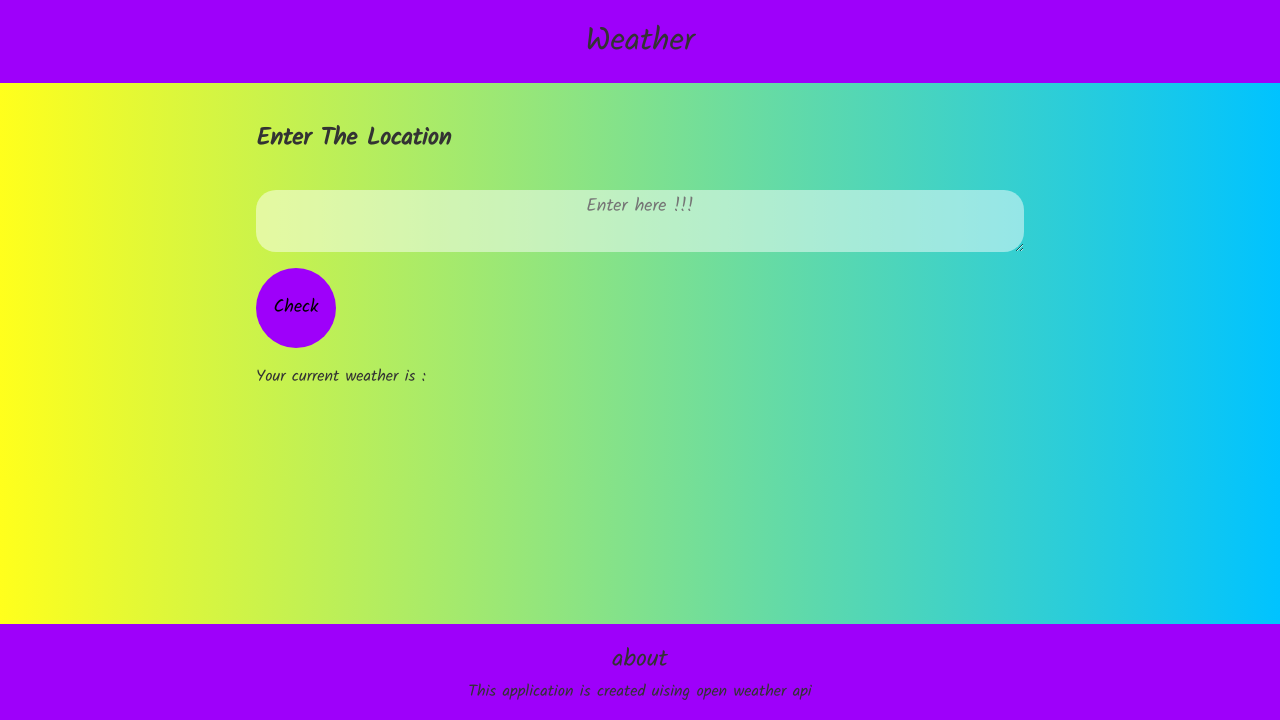
Repository: Irfan-vit/openapi
Page: index.html
An editor plug-in stored every save of this project. The page is shown before and after the next save, followed by the edit.
The browser window is 1280 px wide. The pictures show the whole page.

Above is the page before, as saved 2021-05-27 23:45:32.

### index.html
<!DOCTYPE html>
<html lang="en">

<head>
    <meta charset="UTF-8">
    <meta http-equiv="X-UA-Compatible" content="IE=edge">
    <meta name="viewport" content="width=device-width, initial-scale=1.0">
    <title>Api</title>
    <link rel="stylesheet" href="style.css">
</head>

<body>

    <nav>
        <div style="font-size: 2rem; padding: 1rem;">
            Weather
        </div>

    </nav>

    <main>

        <h2>Enter The Location</h2>

        <textarea name="" id="txt-input" class="t-area" placeholder="Enter here !!!"></textarea>

        <button id="btn-translate">
            Check
        </button>

        <div>Your current weather is :</div>

        <div id="output" class="t-area">

        </div>

    </main>

    <footer>
        <div style="font-size: x-large;">about</div>
        <p>This application is created uising open weather api</p>
    </footer>



    <script src="app.js" type="text/javascript"></script>
</body>

</html>

### style.css
@import url('https://fonts.googleapis.com/css2?family=Kalam&display=swap');

* {
    box-sizing: border-box;
}

:root {
    --primary: #9e00fa;
    --black: #333333;
    --width-break:800px
}

body {
    margin: 0;
    font-family: 'Kalam', cursive;
    color: #333333;
    background: #00c3ff;  /* fallback for old browsers */
background: -webkit-linear-gradient(to right, #ffff1c, #00c3ff);  /* Chrome 10-25, Safari 5.1-6 */
background: linear-gradient(to right, #ffff1c, #00c3ff); /* W3C, IE 10+/ Edge, Firefox 16+, Chrome 26+, Opera 12+, Safari 7+ */

}

nav {
    background-color: var(--primary);
    text-align: center;
}

main {
    margin: auto;
    padding: 1rem;
    max-width: var(--width-break);
}

textarea {
    box-sizing: border-box;
    display: block;
    width: 100%;
    min-height: 5vh;
    margin-top: 2rem;
    font-size: large;
    font-family: inherit;
    background-color: #ffffff7a;
    border:none;
    border-radius:20px;
    text-align: center;
}

textarea:hover {
    box-sizing: border-box;
    display: block;
    width: 100%;
    min-height: 5vh;
    margin-top: 2rem;
    font-size: large;
    font-family: inherit;
    background-color: #ffffff;
    border-radius:20px;
    border: none;
    text-align: center;
}

button {
    background-color: var(--primary);
    border: none;
    margin: 1rem 0rem;
    font-family: 'Kalam', cursive;
    font-size: large;
    cursor: pointer;
    height: 80px;
    width: 80px;
    border-radius: 200px;
    text-align: center;

}


#output {
    box-sizing: border-box;
    width: 100%;
    min-height: 10vh;
    max-height: 20vh;
    /* border: 1px solid var(--black); */
}

footer {
    position: fixed;
    bottom: 0;
    width: 100%;
    padding: 1rem;
    background-color: var(--primary);
    text-align: center;
}

footer p {
    max-width: var(--width-break);
    margin: auto;
}

### app.js
var btnTranslate = document.querySelector("#btn-translate");
var txtInput = document.querySelector("#txt-input");
var outputDiv = document.querySelector('#output')
var serverURL = "https://api.openweathermap.org/data/2.5/weather?q="
var key = "&appid=49257f6591cfc3ed8daf0b5970d519cb"

function getTranslationURL(text) {
    return serverURL + text + key
}

function errorHandler(error) {
    console.log("error occured", error)
    alert("something went wrong  :  " + error)
}

function clickHandler() {
    // outputDiv.innerText = "translated  " + txtInput.value + "  To : bababbababababababa ";

    var inputText = txtInput.value;

    fetch(getTranslationURL(inputText))
        .then(response => response.json())
        .then(json => {
            var translatedText = "Country : " + json['sys']['country'] + " | tempreature : " + json['main']['temp'] + " | weather : " +  json['weather'][0]['description'] + " | longitude : " + json['coord']['lon'] + " | latitude : " + json['coord']['lat'] + " | wind speed : " + json['wind']['speed'] + " | Wind direction, degrees : " + json['wind']['deg'];
            outputDiv.innerText = translatedText;
            })
    };


btnTranslate.addEventListener("click", clickHandler)

After the next save:
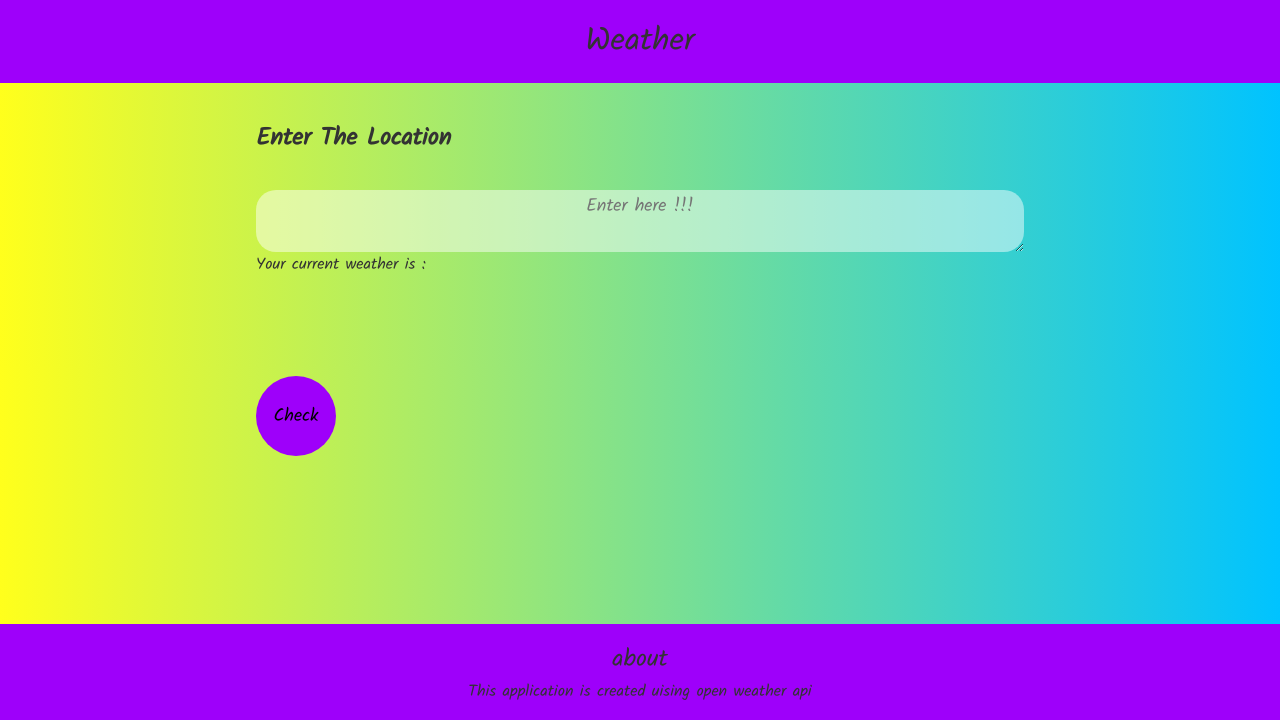
Saved 32 s later.
--- a/style.css
+++ b/style.css
@@ -70,6 +70,8 @@ button {
     width: 80px;
     border-radius: 200px;
     text-align: center;
+    position: absolute;
+    top: 50%;
 
 }
 
